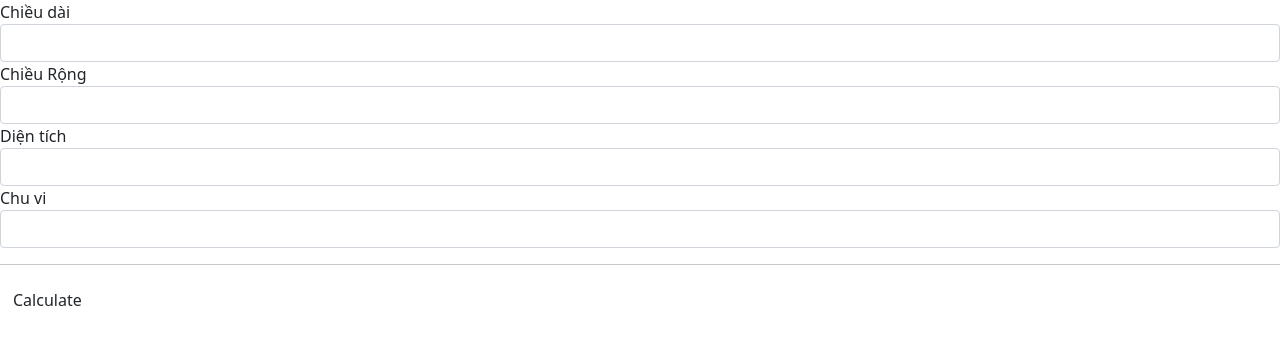
Repository: OanhBuonNgu/Lab4_AngularJS
Page: lab4.4.html
These files come from the project's save history. The page is drawn as it stood at one moment and after the next save; the edit follows.
The browser window is 1280 px wide. The pictures show the whole page.

Above is the page before, as saved 2022-07-22 12:30:05.

### lab4.4.html
<!DOCTYPE html>
<html lang="en">

<head>
    <meta charset="UTF-8">
    <meta http-equiv="X-UA-Compatible" content="IE=edge">
    <meta name="viewport" content="width=device-width, initial-scale=1.0">
    <title>Document</title>
    <link href="https://cdn.jsdelivr.net/npm/bootstrap@5.0.2/dist/css/bootstrap.min.css" rel="stylesheet" integrity="sha384-EVSTQN3/azprG1Anm3QDgpJLIm9Nao0Yz1ztcQTwFspd3yD65VohhpuuCOmLASjC" crossorigin="anonymous">
    <script src="https://cdn.jsdelivr.net/npm/bootstrap@5.0.2/dist/js/bootstrap.bundle.min.js" integrity="sha384-MrcW6ZMFYlzcLA8Nl+NtUVF0sA7MsXsP1UyJoMp4YLEuNSfAP+JcXn/tWtIaxVXM" crossorigin="anonymous"></script>
</head>

<body ng-app="myApp">
    <div ng-controller="info">
        <form class="form-group">
            <label for="">Chiều dài</label>
            <input ng-model="length" class="form-control" />
        </form>
        <form class="form-group">
            <label for="">Chiều Rộng</label>
            <input ng-model="width" class="form-control" />
        </form>
        <form class="form-group">
            <label for="">Diện tích</label>
            <input ng-bind="acreage" class="form-control" />
        </form>
        <form class="form-group">
            <label for="">Chu vi</label>
            <input ng-bind="perimeter" class="form-control" />
        </form>
        <hr>
        <form class="form-group">
            <button class="btn btn-default" ng-click="calculate()">Calculate</button>
        </form>
    </div>
    <script src="https://ajax.googleapis.com/ajax/libs/angularjs/1.8.2/angular.min.js"></script>
    <script>
        const app = angular.module("myApp", []);
        app.controller("info", function($scope) {
            var a = parseFloat($scope.width);
            var b = parseFloat($scope.length);
            $scope.acreage = a * b;
            $scope.perimeter = (a + b) * 2;
        })
    </script>
</body>

</html>

After the next save:
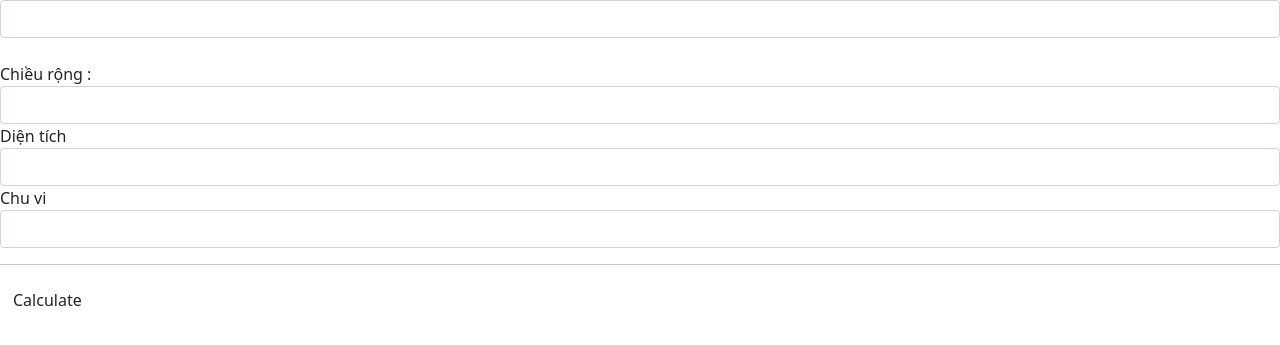
Saved 6 min 25 s later.
--- a/lab4.4.html
+++ b/lab4.4.html
@@ -12,14 +12,7 @@
 
 <body ng-app="myApp">
     <div ng-controller="info">
-        <form class="form-group">
-            <label for="">Chiều dài</label>
-            <input ng-model="length" class="form-control" />
-        </form>
-        <form class="form-group">
-            <label for="">Chiều Rộng</label>
-            <input ng-model="width" class="form-control" />
-        </form>
+        <input type="text" ng-model="cd" class="form-control" /><br /> Chiều rộng : <input type="text" ng-model="cr" class="form-control" />
         <form class="form-group">
             <label for="">Diện tích</label>
             <input ng-bind="acreage" class="form-control" />
